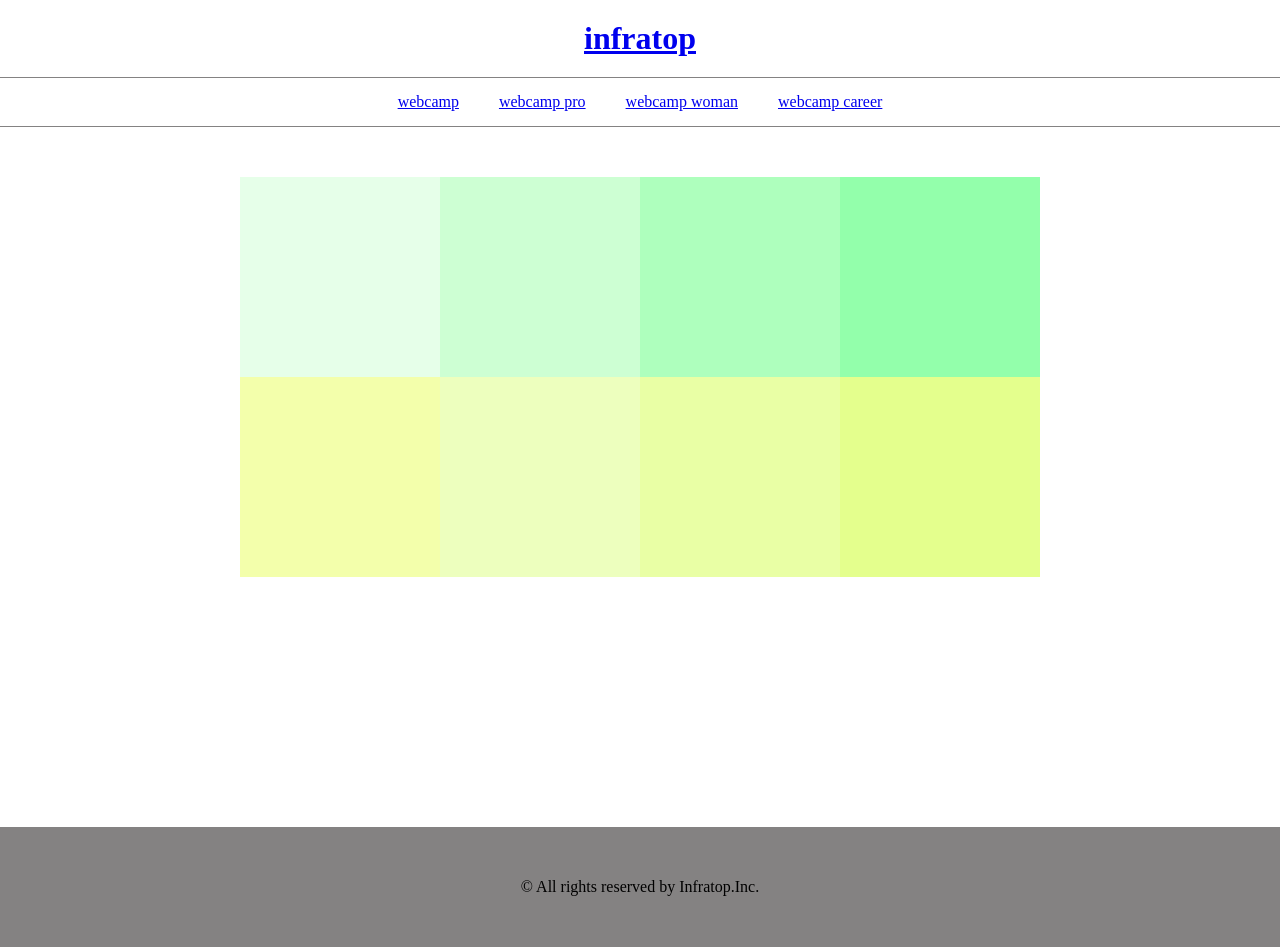
Repository: Yuya0829/HTML
Page: exercise/exercise5.html
The author's editor kept a record of every edit. The page is drawn from the files as they stood at one moment, then again after the next edit.
The browser window is 1280 px wide. The pictures show the whole page.

Above is the page before.

After the next edit:
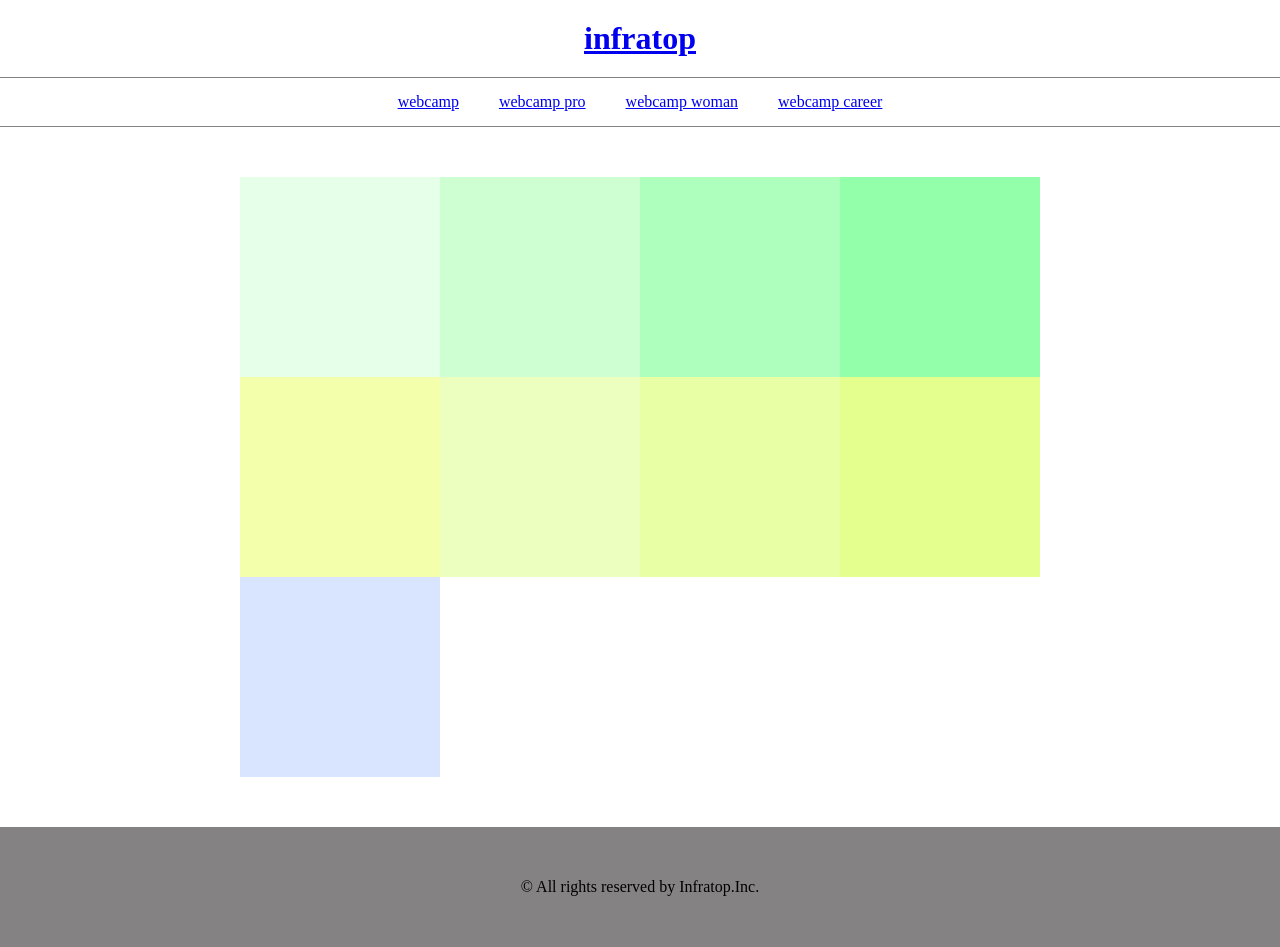
The edit:
--- a/exercise/exercise5.css
+++ b/exercise/exercise5.css
@@ -83,7 +83,7 @@
 .box9 {
   width: 200px;
   height: 200px;
-  background-color: #;
+  background-color: #d9e5ff;
 }
 
 .box10 {
